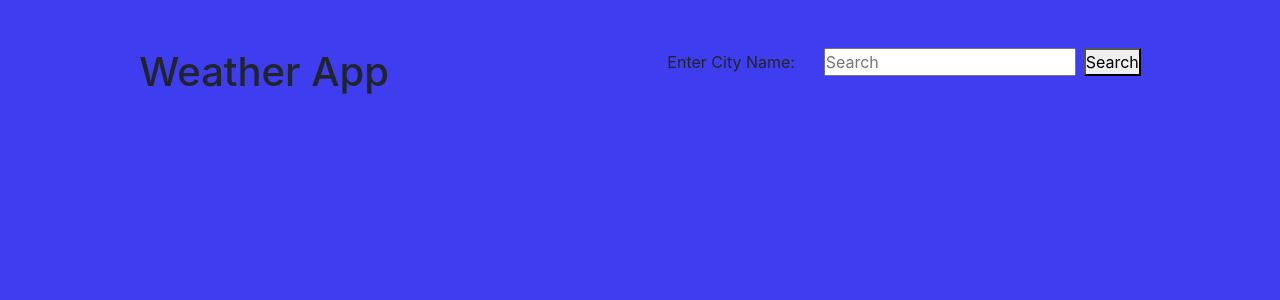
Repository: bhaveshtrades/weatherapp
Page: /
These files come from the project's save history. The page is drawn as it stood at one moment and after a run of saves; the edit follows.
The browser window is 1280 px wide. The pictures show the whole page.
The project was rebuilt for these pictures with package versions that can differ from the ones it lists, and the page was loaded fresh each time. Also part of the build but not shown: src/components/CurrentWeather.jsx.

Above is the page before, as saved 2023-01-08 19:10:43.

### public/index.html
<!DOCTYPE html>
<html lang="en">
  <head>
    <meta charset="utf-8" />
    <link rel="icon" href="%PUBLIC_URL%/favicon.ico" />
    <meta name="viewport" content="width=device-width, initial-scale=1" />
    <meta name="theme-color" content="#000000" />
    <meta
      name="description"
      content="Web site created using create-react-app"
    />
    <link rel="apple-touch-icon" href="%PUBLIC_URL%/logo192.png" />
    <!--
      manifest.json provides metadata used when your web app is installed on a
      user's mobile device or desktop. See https://developers.google.com/web/fundamentals/web-app-manifest/
    -->
    <link rel="manifest" href="%PUBLIC_URL%/manifest.json" />
    <link href="https://cdn.jsdelivr.net/npm/bootstrap@5.3.0-alpha1/dist/css/bootstrap.min.css" rel="stylesheet" integrity="sha384-GLhlTQ8iRABdZLl6O3oVMWSktQOp6b7In1Zl3/Jr59b6EGGoI1aFkw7cmDA6j6gD" crossorigin="anonymous" />
  </head>

    <!--
      Notice the use of %PUBLIC_URL% in the tags above.
      It will be replaced with the URL of the `public` folder during the build.
      Only files inside the `public` folder can be referenced from the HTML.

      Unlike "/favicon.ico" or "favicon.ico", "%PUBLIC_URL%/favicon.ico" will
      work correctly both with client-side routing and a non-root public URL.
      Learn how to configure a non-root public URL by running `npm run build`.
    -->
    <title>React App</title>
  </head>
  <body>
    <noscript>You need to enable JavaScript to run this app.</noscript>
    <div id="root"></div>
    <!--
      This HTML file is a template.
      If you open it directly in the browser, you will see an empty page.

      You can add webfonts, meta tags, or analytics to this file.
      The build step will place the bundled scripts into the <body> tag.

      To begin the development, run `npm start` or `yarn start`.
      To create a production bundle, use `npm run build` or `yarn build`.
    -->
  </body>
  <script src="https://cdn.jsdelivr.net/npm/@popperjs/core@2.11.6/dist/umd/popper.min.js" integrity="sha384-oBqDVmMz9ATKxIep9tiCxS/Z9fNfEXiDAYTujMAeBAsjFuCZSmKbSSUnQlmh/jp3" crossorigin="anonymous"></script>
  <script src="https://cdn.jsdelivr.net/npm/bootstrap@5.3.0-alpha1/dist/js/bootstrap.min.js" integrity="sha384-mQ93GR66B00ZXjt0YO5KlohRA5SY2XofN4zfuZxLkoj1gXtW8ANNCe9d5Y3eG5eD" crossorigin="anonymous"></script>
</html>

### src/App.js
import React, { useState } from 'react';
import './App.css';
import CurrentWeather from './components/CurrentWeather';
import Navbar from './components/Navbar';

function App() {

    const apiKey = process.env.REACT_APP_API_KEY;

    const[city, setCity] = useState();
    const[weatherData, setWeatherData] = useState([]);
    const[country, setCountry] = useState();
    const[location, setLocation] = useState();
    const[currentDate, setCurrentDate] = useState();
    const[currentDay, setCurrentDay] = useState();
    const[currentMonth, setCurrentMonth] = useState();
    const[currentIcon, setCurrentIcon] = useState();
    const[currentTemp, setCurrentTemp] = useState();
    const[currentStatus, setCurrentStatus] = useState();


    const weekDays = ['Sunday', 'Monday', 'Tuesday', 'Wednesday', 'Thursday', 'Friday', 'Saturday'];
    const months = ["January","February","March","April","May","June","July","August","September","October","November","December"];

    const currentAPI = `http://api.weatherapi.com/v1/current.json?key=${apiKey}&q=${city}`;

     const getWeather = (e)=>{
      e.preventDefault();
      fetch(currentAPI).then(data => data.json())
      .then((response)=>{
        setWeatherData([response]);
        setCountry(response.location.country);
        setLocation(response.location.name);
        setCurrentDate(new Date(`${response.current.last_updated}`).getDate());
        setCurrentDay(new Date(`${response.current.last_updated}`).getDay());
        setCurrentMonth(new Date(`${response.current.last_updated}`).getMonth());
        setCurrentIcon(response.current.condition.icon);
        setCurrentTemp(response.current.temp_c);
        setCurrentStatus(response.current.condition.text);
      });
    }


  return (
    <>
    <Navbar resultProp={getWeather} cityProp={(e)=>{setCity(e.target.value)}}/>
    {weatherData.length !==0 && <CurrentWeather countryProp={country} locationProp={location} dayProp={weekDays[currentDay]} dateProp={currentDate} monthProp={months[currentMonth]} currentIconProp={currentIcon} currentTempProp={currentTemp} currentStatusProp={currentStatus}/>}
    </>
  );
}

export default App;

### src/App.css
*{
  padding: 0;
  margin: 0;
}

body{
  background-color: rgba(61, 61, 240, 0.993);
}

.nDiv1{
  display: flex;
  justify-content: space-around;
  padding-top: 3rem;
}

.searchInput{
  margin-left: 1.8rem;
}

.searchButton{
  margin-left: 0.5rem;
}

.cDiv1{
  margin-top: 4rem;
  padding-left: 7rem;
  color: whitesmoke;
}

.cDiv2{
  display: flex;
}

.cDiv3{
  display: flex;
  gap: 4rem;
  justify-content: center;
}

.cDiv5{
  padding-top: 2rem;
}

.cDiv6{
  padding-left: 2rem;
}

.currentIcon{
  height: 8rem;
  width: 8rem;
}

### src/components/Navbar.jsx
import React from 'react'

function Navbar({resultProp, cityProp}){

  return (
    <>
    <div className='nDiv1'>
    <div className='nDiv2'>
    <h1>Weather App</h1>
    </div>
    <div className='nDiv3'>
    <form className='searchBox' role="search" onSubmit={resultProp}>
        <label htmlFor='searchLocation' className='searchLabel'>Enter City Name: </label>
        <input className='searchInput' id='searchLocation' placeholder='Search' onChange={cityProp}/>
        <button className='searchButton' type="submit">Search</button>
    </form>
    </div>
    </div>
    </>
  )
}

export default Navbar;

Loaded but not shown: src/index.js (common file); src/index.css (common file); src/reportWebVitals.js (common file)

After the next 2 saves:
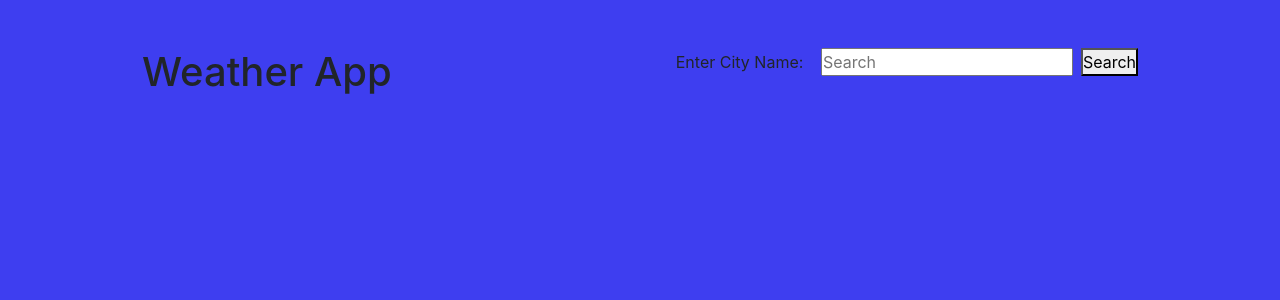
The 2 saves are shown as one change because they came seconds apart.
The last was saved 10 s later.
--- a/src/App.css
+++ b/src/App.css
@@ -14,7 +14,7 @@ body{
 }
 
 .searchInput{
-  margin-left: 1.8rem;
+  margin-left: 1.1rem;
 }
 
 .searchButton{
